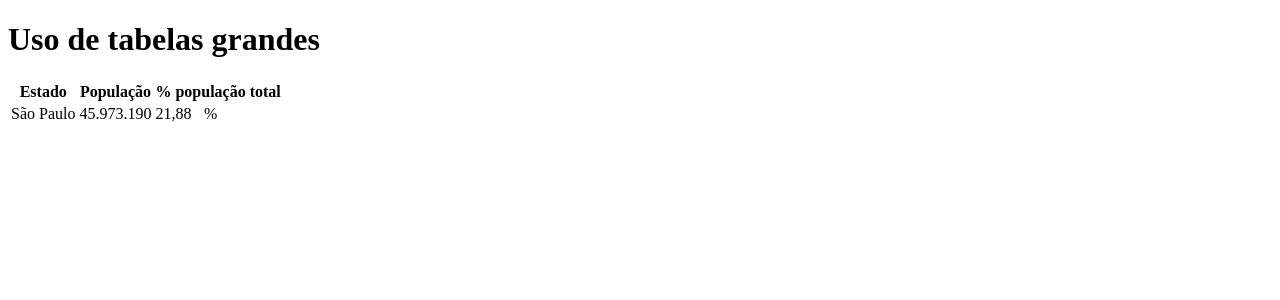
Repository: railsondev/html-css
Page: Módulo3/Exercicios/Ex02 - Tabelas/tabela002.html
These files come from the project's save history. The page is drawn as it stood at one moment and after a run of saves; the edit follows.
The browser window is 1280 px wide. The pictures show the whole page.

Above is the page before, as saved 2024-10-18 17:55:28.

After the next 3 saves:
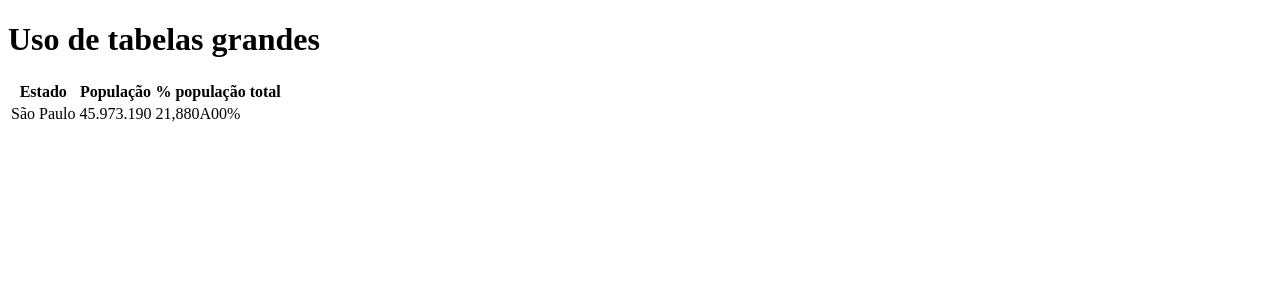
The 3 saves are shown as one change because they came seconds apart.
The last was saved 8 s later.
--- a/Módulo3/Exercicios/Ex02 - Tabelas/src/css/estilo01.css
+++ b/Módulo3/Exercicios/Ex02 - Tabelas/src/css/estilo01.css
@@ -1,7 +1,7 @@
 @charset 'UTF-8';
 
 .porc::after {
-  content: '\0A00%';
+  content: '0A00%';
 }
 .porc::before {
   content: '';
